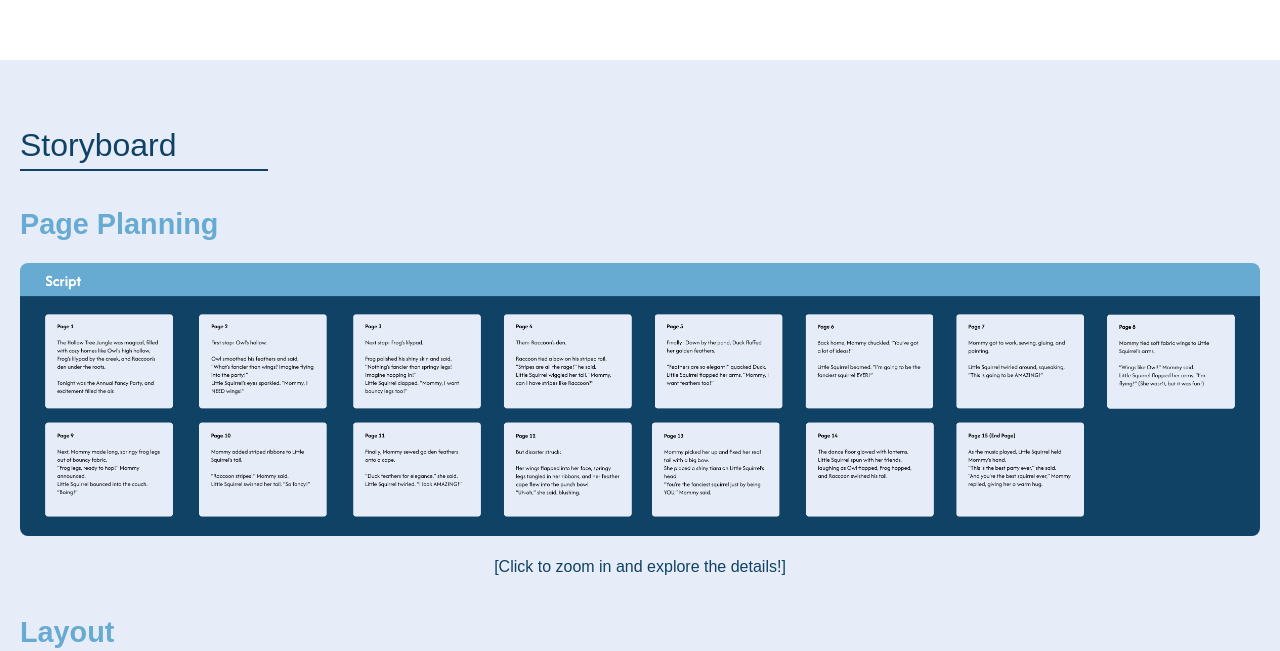
Repository: navnneett/nav-portfolio
Page: html/dance-party.html
These files come from the project's save history. The page is drawn as it stood at one moment and after the next save; the edit follows.
The browser window is 1280 px wide. The pictures show the part of the page from y = 1838 to 2489 px (the page is 4603 px tall).
A picture or video elsewhere on the page could not be fetched, so the positions and the page height are approximate. Some web libraries are served in a nearby version.

Above is the page before, as saved 2025-03-23 03:07:27.

After the next save:
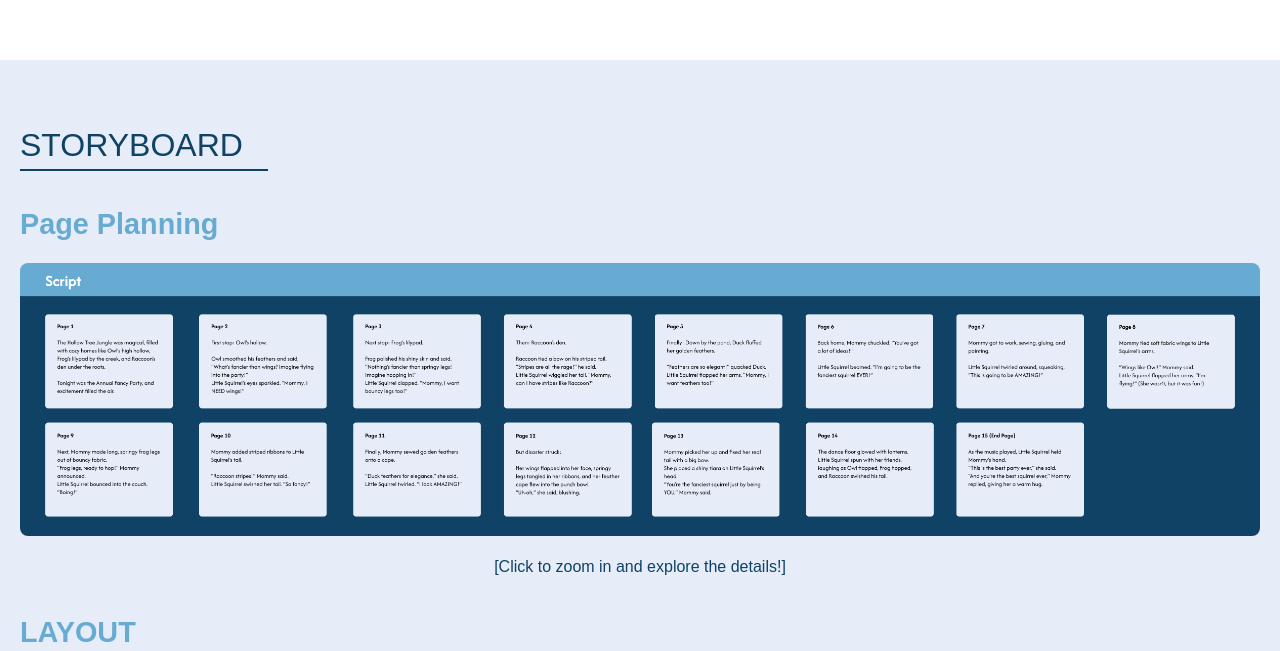
Saved 50 s later.
--- a/html/dance-party.html
+++ b/html/dance-party.html
@@ -116,7 +116,7 @@
             <div class="dance-party-container">
                 <!-- Storyboard Title -->
                 <h2 class="section-title">
-                    Storyboard <span class="underline-target"></span>
+                    STORYBOARD <span class="underline-target"></span>
                 </h2>
 
                 <!-- Image under Page Planning -->
@@ -129,7 +129,7 @@
                 <p>[Click to zoom in and explore the details!]</p>
 
                 <!-- Layout Subtitle -->
-                <h3 class="layout-subtitle">Layout</h3>
+                <h3 class="layout-subtitle">LAYOUT</h3>
 
                 <!-- Two Columns with Images -->
                 <div class="layout-columns">
